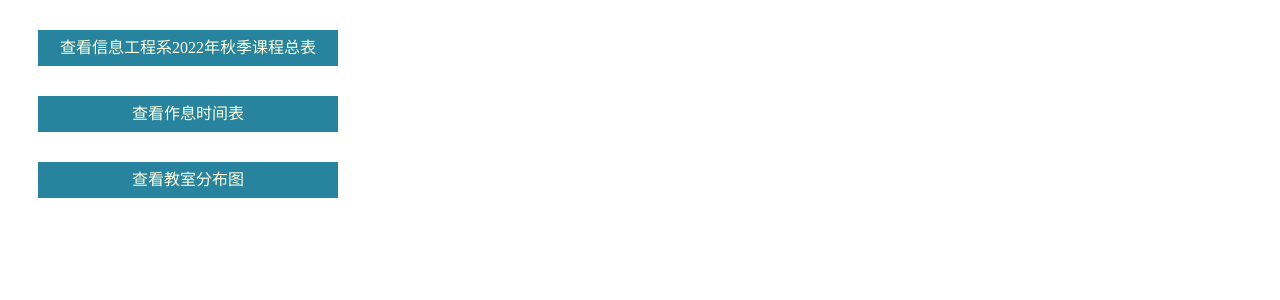
Repository: teacherlonglong/teacherlonglong.github.io
Page: index.html
The author's editor kept a copy of each file at every save. The page is drawn from the files as they stood at one save, then again after the next save.
The browser window is 1280 px wide. The pictures show the whole page.

Above is the page before, as saved 2022-09-13 17:05:34.

After the next save:
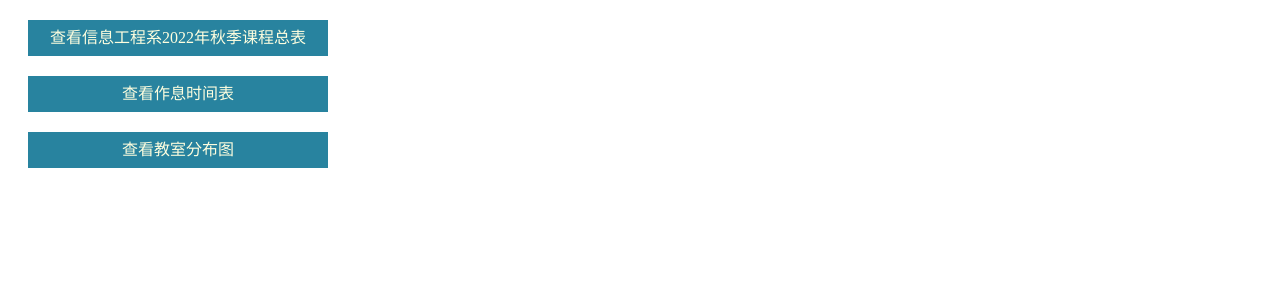
Saved 6 s later.
--- a/index.html
+++ b/index.html
@@ -10,7 +10,7 @@
             height: 36px;
             background-color: #28839F;
             width: 300px;
-            margin:30px;
+            margin:20px;
             text-align: center;
             color:#FEFEDF;
         }
